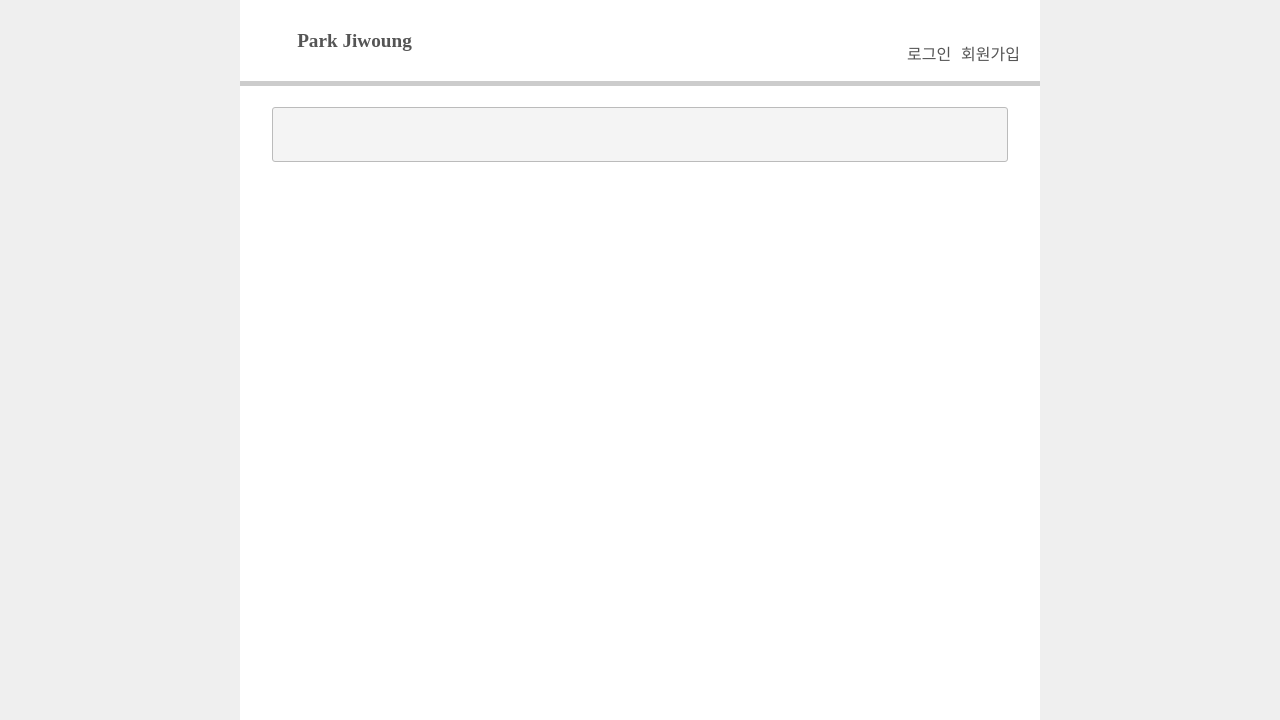
Repository: park-jiwoong/webClass
Page: http://localhost/jspPro/days01/ex02_el_ok.jsp
The author's editor kept a copy of each file at every save. The page is drawn from the files as they stood at one save, then again after the next save.
The browser window is 1280 px wide. The pictures show the whole page.
Some web fonts or font styles are not loaded; a fallback is used. The page is served by Tomcat 9.

Above is the page before, as saved 2025-05-21 05:08:51.

After the next save:
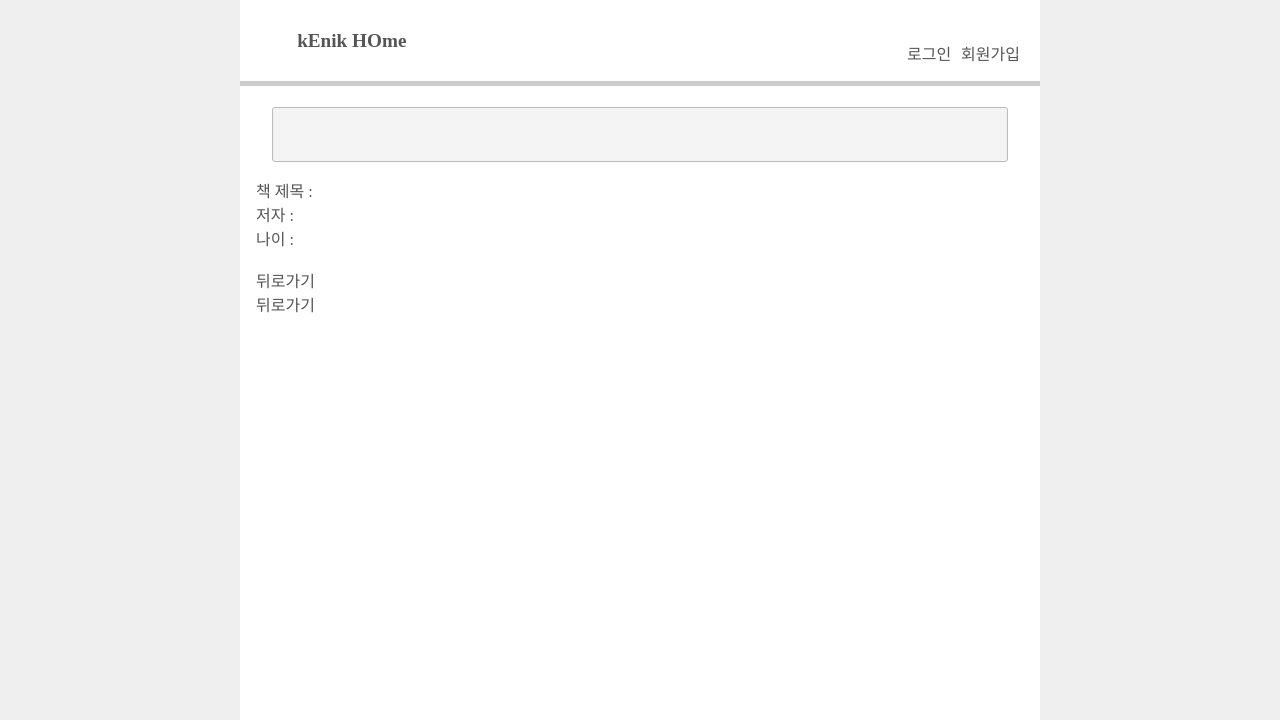
Saved 60 s later.
--- a/JSPClass/jspPro/src/main/webapp/days01/ex02_el_ok.jsp
+++ b/JSPClass/jspPro/src/main/webapp/days01/ex02_el_ok.jsp
@@ -5,27 +5,38 @@
 <meta charset="UTF-8">
 <meta name="viewport" content="width=device-width, initial-scale=1.0">
 <link rel="shortcut icon" type="image/x-icon" href="http://localhost/jspPro/images/SiSt.ico">
-<title>2025. 5. 21. 오전 10:31:44</title>
+<title>2025. 5. 21. 오전 11:32:42</title>
 <script src="https://ajax.googleapis.com/ajax/libs/jquery/3.7.1/jquery.min.js"></script>
 <link rel="stylesheet" href="http://localhost/jspPro/resources/cdn-main/example.css">
 <script src="http://localhost/jspPro/resources/cdn-main/example.js"></script>
-	<style>
- 	span.material-symbols-outlined{
+<style>
+ span.material-symbols-outlined{
     vertical-align: text-bottom;
- 	}
-	</style>
+ }
+</style>
 </head>
 <body>
 <header>
-    <h1 class="main"><a href="#" style="position: absolute;top:30px;">Park Jiwoung</a></h1>
-    <ul>
-        <li><a href="#">로그인</a></li>
-        <li><a href="#">회원가입</a></li>
-    </ul>
+  <h1 class="main"><a href="#" style="position: absolute;top:30px;">kEnik HOme</a></h1>
+  <ul>
+    <li><a href="#">로그인</a></li>
+    <li><a href="#">회원가입</a></li>
+  </ul>
 </header>
 <div>
-    <xmp class="code">
-    </xmp>
+  <xmp class="code">
+  </xmp>
+
+  <!-- jsp EL(표현언어) 기본 객체 : param -->
+  책 제목 : ${ param.title }<br>
+  저자 : ${ param.author }<br>
+  나이 :  ${ param.age }
+
+  <br>
+  <br>
+  <a href="javascript:history.go(-1);">뒤로가기</a><br>
+  <a href="ex02.jsp">뒤로가기</a>
+
 </div>
 </body>
 </html>
